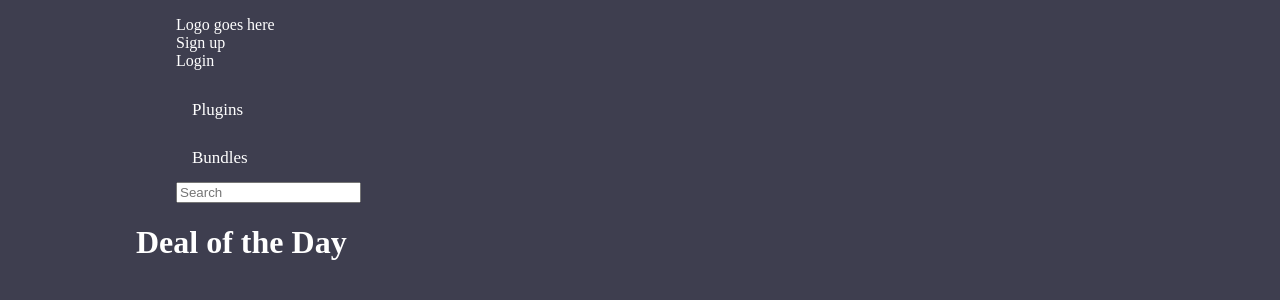
Repository: jigom11791/Wavez
Page: Wavez/Waves-Site/index.html
The author's editor kept a copy of each file at every save. The page is drawn from the files as they stood at one save, then again after the next save.
The browser window is 1280 px wide. The pictures show the whole page.

Above is the page before, as saved 2020-10-30 17:43:49.

### Wavez/Waves-Site/index.html
<!DOCTYPE html>
<html>
<head>
    <title>Waves Price Tracker</title>
    <link rel="stylesheet" href="style.css">
</head>
<body>
    <div id="container">

        <div id="header">
            <ul>
                <li class="left">Logo goes here</li>
                <li class="left">Sign up</li>
                <li class="right">Login</li>
            </ul>
        </div>
        <div id="top-nav">
            <ul id="nav-bar">
                <li class="left"><a href="#">Plugins</a></li>
                <li class="left"><a href="#">Bundles</a></li>
                <li class="right"><input type="text" placeholder="Search"></li>
            </ul>
        </div>
        <div id="content">
            <h1>Deal of the Day</h1>
        </div>

    </div>
</body>
</html>

### Wavez/Waves-Site/style.css
@import url('https://fonts.googleapis.com/css2?family=Noto+Sans&family=Noto+Sans+JP&display=swap');
@import url('https://fonts.googleapis.com/css2?family=Noto+Sans&display=swap');

body {
    background-color: #3e3e4f;
    color: white;
    font-style: "Noto sans JP", sans-serif;
    padding: 0% 10%;
}

li{
    list-style-type: none;
    margin: 0;
    padding: 0;
    overflow: hidden;
}
ul#top-nav {
    background-color: #333;
    width: 100%;
}
#nav-bar a{
    float: left;
    display: block;
    color: white;
    text-align:center;
    padding: 14px 16px;
    text-decoration: none;
    font-size: 17px;
}

After the next save:
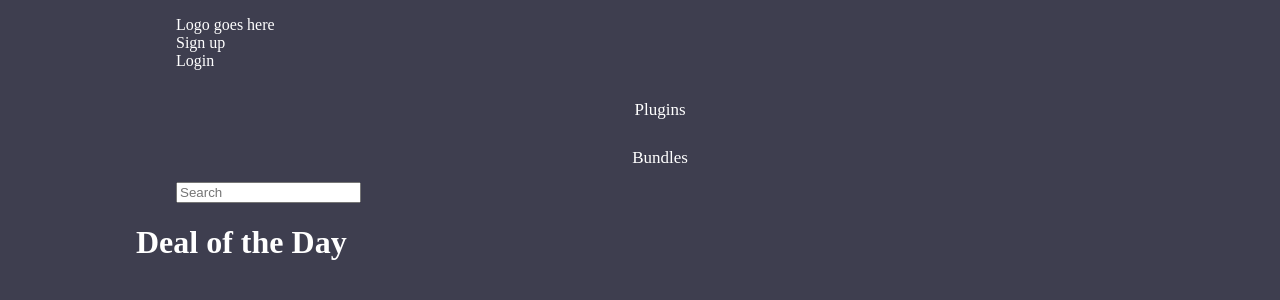
Saved 104 s later.
--- a/Wavez/Waves-Site/style.css
+++ b/Wavez/Waves-Site/style.css
@@ -18,8 +18,10 @@ ul#top-nav {
     background-color: #333;
     width: 100%;
 }
+#nav-nar li{
+    float: left;
+}
 #nav-bar a{
-    float: left;
     display: block;
     color: white;
     text-align:center;
